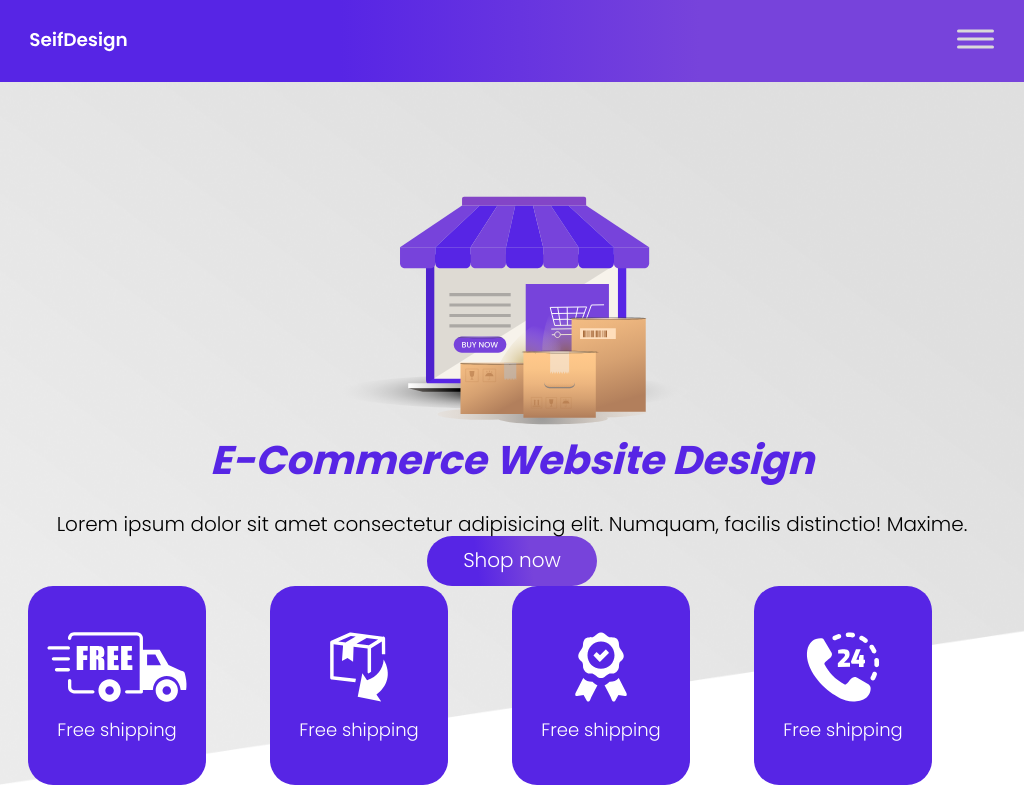
Repository: simralgasimov/newpage
Page: index.html
These files come from the project's save history. The page is drawn as it stood at one moment and after the next save; the edit follows.
The browser window is 1024 px wide. The pictures show the whole page.
The style sheet was rebuilt from its Sass, Less or Tailwind sources for each picture, by a compiler version that may differ from the author's.

Above is the page before, as saved 2023-12-13 15:17:23.
Not found: index.js

After the next save:
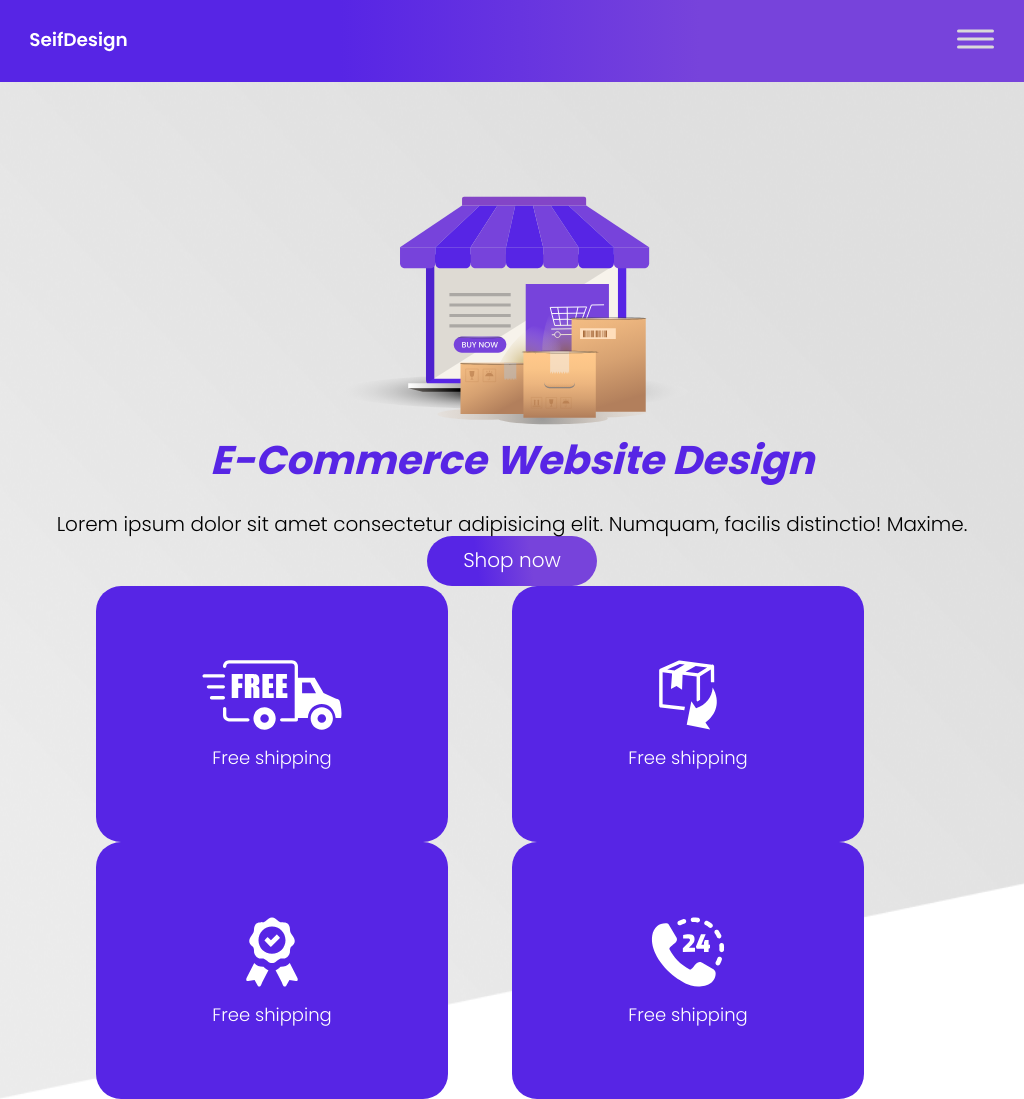
Saved 8 s later.
--- a/index.scss
+++ b/index.scss
@@ -158,6 +158,9 @@ height: 256.511px;}
       gap: 18px;
       border-radius: 25px;
       background: #5725e5;
+      @media screen and (max-width: 1024px) {
+        width: 352px;
+  height: 256.511px;}
       img {
         width: 139.997px;
         height: 70px;
